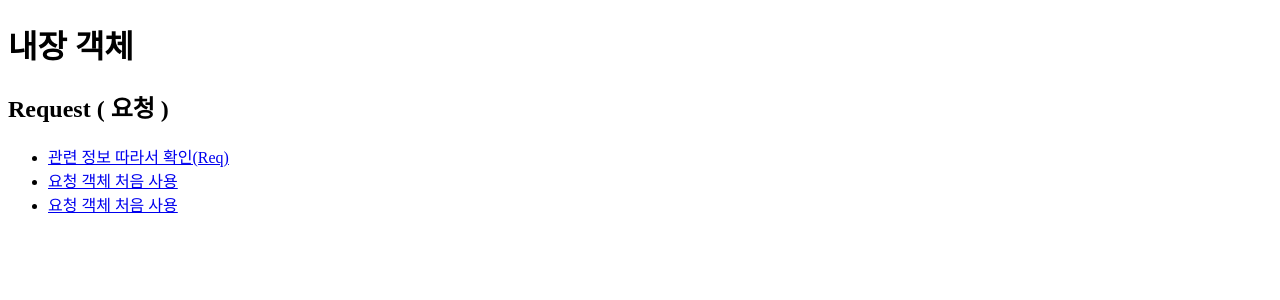
Repository: kvmhyvmvn/Study_JspServlet
Page: http://localhost/04.Implicit/
An editor plug-in stored every save of this project. The page is shown before and after the next save, followed by the edit.
The browser window is 1280 px wide. The pictures show the whole page.
The page is served by Tomcat 9. Other server files are loaded and not shown.

Above is the page before, as saved 2023-05-22 02:36:11.

### WorkSpace/04.Implicit/src/main/webapp/index.jsp
<%@ page language="java" contentType="text/html; charset=UTF-8"
    pageEncoding="UTF-8"%>
<!DOCTYPE html>
<html>
<head>
<meta charset="UTF-8">
<title>Insert title here</title>
</head>
<body>
	<h1> 내장 객체 </h1>
	<h2> Request ( 요청 )</h2>
	<ul>
		<li><a href="Ex01_Request/Ex00_IntoRequest.jsp">관련 정보 따라서 확인(Req)</a>
		<li><a href="Ex01_Request/Ex01_Request.jsp">요청 객체 처음 사용</a>
		<li><a href="Ex01_Request/Ex02_Request.jsp">요청 객체 처음 사용</a>

	</ul>
</body>
</html>

After the next save:
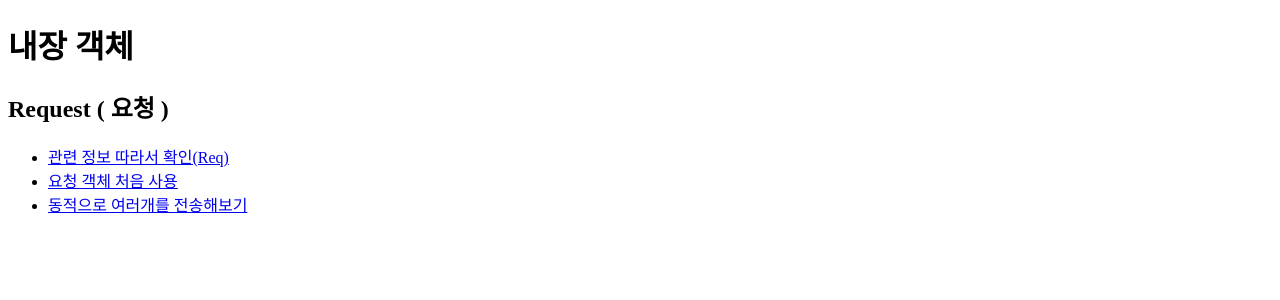
Saved 59 s later.
--- a/WorkSpace/04.Implicit/src/main/webapp/index.jsp
+++ b/WorkSpace/04.Implicit/src/main/webapp/index.jsp
@@ -12,7 +12,7 @@
 	<ul>
 		<li><a href="Ex01_Request/Ex00_IntoRequest.jsp">관련 정보 따라서 확인(Req)</a>
 		<li><a href="Ex01_Request/Ex01_Request.jsp">요청 객체 처음 사용</a>
-		<li><a href="Ex01_Request/Ex02_Request.jsp">요청 객체 처음 사용</a>
+		<li><a href="Ex01_Request/Ex02_Request.jsp">동적으로 여러개를 전송해보기</a>
 
 	</ul>
 </body>
